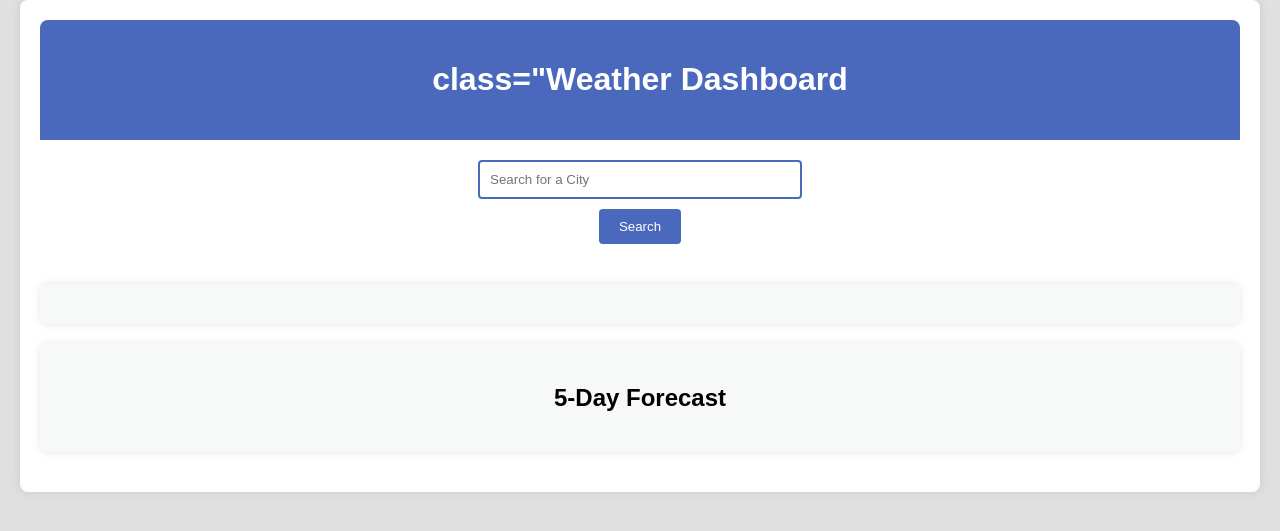
Repository: PaigeC001/WeatherOutlookTracker
Page: WeatherOutlookTracker/index.html
These files come from the project's save history. The page is drawn as it stood at one moment and after the next save; the edit follows.
The browser window is 1280 px wide. The pictures show the whole page.

Above is the page before, as saved 2024-07-16 04:38:17.

### WeatherOutlookTracker/index.html
<!DOCTYPE html>
<html lang="en">
<head>
    <meta charset="UTF-8">
    <meta name="viewport" content="width=device-width, initial-scale=1.0">
    <title>Weather Dashboard</title>
    <link rel="stylesheet" href="styles.css">
</head>
<body>
    <div class="container">
        <!-- Added header section -->
        <header>
            <h1>class="Weather Dashboard</h1>
        </header>
        <main>
            <section class="search-section">
                <input type="text" id="city-input" placeholder="Search for a City">
                <button id="search-button">Search</button>
                <div id="search-history" class="search-history"></div>
            </section>
            <!-- Used sections with IDs for current weather and forecast -->
            <section id="current-weather" class="current-weather"></section>
            <section id="forecast" class="forecast">
                <h2>5-Day Forecast</h2>
                <div id="forecast-items" class="forecast-items"></div>
            </section>
        </main>
    </div>
    <script src="script.js"></script>
</body>
</html>

### WeatherOutlookTracker/styles.css
body {
    font-family: Arial, sans-serif;
    background: #e0e0e0;
    margin: 0;
    padding: 0;
    box-sizing: border-box;
}

.container {
    max-width: 1200px;
    margin: 0 auto;
    padding: 20px;
    background: white;
    border-radius: 8px; /* Added border-radius */
    box-shadow: 0 0 10px rgba(0, 0, 0, 0.1);
}

.weather-dashboard-title {
    border: 2px solid #90caf9; /* Light blue border */
    padding: 10px; /* Adjust padding as needed */
    border-radius: 8px; /* Rounded corners, adjust radius as needed */
    display: inline-block; /* Ensures the border wraps tightly around the text */
    background-color: #e1f5fe; /* Light blue background */
    box-shadow: 0 0 10px rgba(0, 0, 0, 0.1); /* Optional: adds a subtle shadow */
}

header { /* Updated color scheme */
    text-align: center;
    background: #4a69bd;
    color: white;
    padding: 20px;
    border-radius: 8px 8px 0 0;
}

.search-section {
    display: flex;
    flex-direction: column;
    align-items: center;
    margin: 20px 0;
}

#city-input {
    width: 300px;
    padding: 10px;
    margin-bottom: 10px;
    border: 2px solid #4a69bd;
    border-radius: 4px; /* Added border-radius */
}

#search-button {
    padding: 10px 20px;
    background: #4a69bd;
    color: white;
    border: none;
    border-radius: 4px; /* Added border-radius */
    cursor: pointer;
}

#search-button:hover {
    background: #3b55a0;
}

.search-history {
    display: flex;
    flex-direction: column;
    align-items: center;
    margin-top: 20px;
}

.search-history button {
    width: 300px;
    padding: 10px;
    margin: 5px 0;
    background: #82ccdd;
    color: white;
    border: none;
    border-radius: 4px; /* Added border-radius */
    cursor: pointer;
}

.search-history button:hover {
    background: #60a3bc;
}

.current-weather, .forecast {
    margin: 20px 0;
    padding: 20px;
    background: #f7f9f9;
    border-radius: 8px; /* Added border-radius */
    box-shadow: 0 0 10px rgba(0, 0, 0, 0.1);
}

.current-weather h2 {
    margin: 0;
    padding-bottom: 10px;
    border-bottom: 2px solid #4a69bd;
}

.current-weather img {
    vertical-align: middle;
}

.forecast h2 {
    text-align: center;
    margin-bottom: 20px;
}

.forecast-items {
    display: flex;
    justify-content: space-between; /* Centered text and aligned forecast items in a flex container */
}

.forecast-item {
    flex: 1;
    padding: 10px;
    margin: 0 10px;
    background: #ffffff;
    border-radius: 8px; /* Added border-radius */
    text-align: center;
    box-shadow: 0 0 5px rgba(0, 0, 0, 0.1);
}

.forecast-item img {
    vertical-align: middle;
}

### WeatherOutlookTracker/script.js
const apiKey = 'fe4d8bc132a06db690ae7d80bd8988ae';
const searchButton = document.getElementById('search-button');
const cityInput = document.getElementById('city-input');
const currentWeather = document.getElementById('current-weather');
const forecastItems = document.getElementById('forecast-items');
const searchHistory = document.getElementById('search-history');

let cities = [];

searchButton.addEventListener('click', () => {
    const city = cityInput.value.trim();
    if (city && !cities.includes(city)) {
        cities.push(city);
        updateSearchHistory();
        getWeather(city);
    }
});

searchHistory.addEventListener('click', (event) => {
    if (event.target.tagName === 'BUTTON') {
        const city = event.target.textContent;
        getWeather(city);
    }
});

function updateSearchHistory() {
    searchHistory.innerHTML = '';
    cities.forEach(city => {
        const button = document.createElement('button');
        button.textContent = city;
        searchHistory.appendChild(button);
    });
}

function getWeather(city) {
    fetch(`https://api.openweathermap.org/data/2.5/weather?q=${city}&appid=${apiKey}&units=imperial`) /* Updated API call URLs to use imperial units for Fahrenheit */
        .then(response => response.json())
        .then(data => {
            displayCurrentWeather(data);
            return fetch(`https://api.openweathermap.org/data/2.5/forecast?q=${city}&appid=${apiKey}&units=imperial`); /* Updated API call URLs to use imperial units for Fahrenheit */
        })
        .then(response => response.json())
        .then(data => {
            displayForecast(data);
        })
        .catch(error => {
            console.error('Error fetching weather data:', error);
        });
}

function displayCurrentWeather(data) {
    const { name, dt, weather, main, wind } = data;
    currentWeather.innerHTML = `
        <h2>${name} (${new Date(dt * 1000).toLocaleDateString()}) <img src="https://openweathermap.org/img/wn/${weather[0].icon}.png" alt="${weather[0].description}"></h2> /* Enhanced the layout and structure of displayed weather data */
        <p>Temp: ${main.temp} °F</p>
        <p>Wind: ${wind.speed} MPH</p>
        <p>Humidity: ${main.humidity}%</p>
    `;
}

function displayForecast(data) {
    forecastItems.innerHTML = '';
    const forecastList = data.list.filter((_, index) => index % 8 === 0);
    forecastList.forEach(item => {
        const { dt, weather, main, wind } = item;
        const forecastItem = document.createElement('div');
        forecastItem.className = 'forecast-item';
        forecastItem.innerHTML = `
            <p>${new Date(dt * 1000).toLocaleDateString()}</p>
            <img src="https://openweathermap.org/img/wn/${weather[0].icon}.png" alt="${weather[0].description}"> /* Enhanced the layout and structure of displayed weather data */
            <p>Temp: ${main.temp} °F</p>
            <p>Wind: ${wind.speed} MPH</p>
            <p>Humidity: ${main.humidity}%</p>
        `;
        forecastItems.appendChild(forecastItem);
    });
}

After the next save:
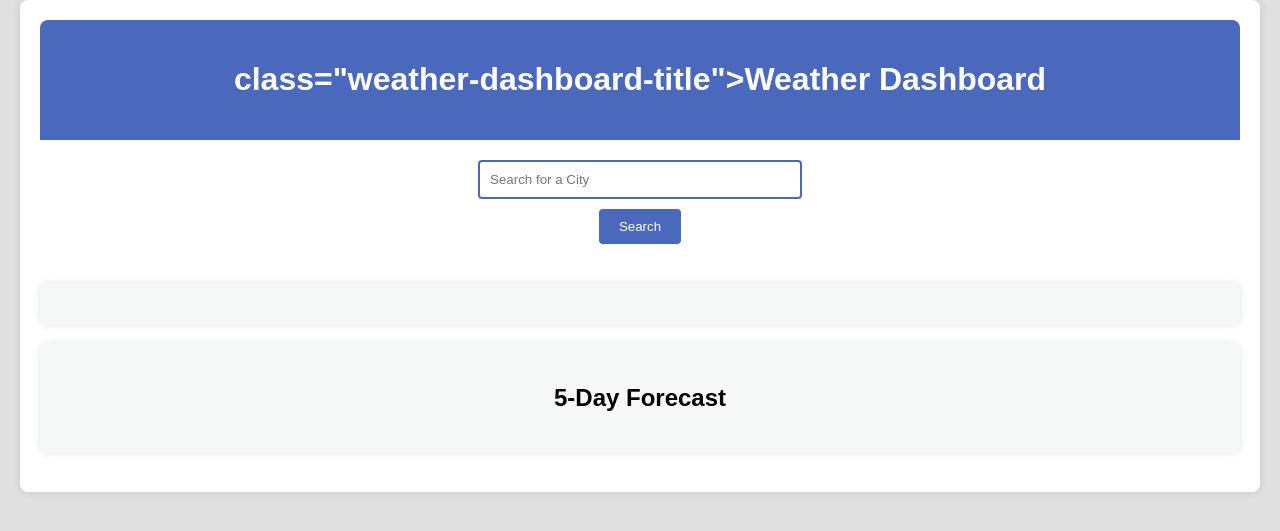
Saved 69 s later.
--- a/WeatherOutlookTracker/index.html
+++ b/WeatherOutlookTracker/index.html
@@ -10,7 +10,7 @@
     <div class="container">
         <!-- Added header section -->
         <header>
-            <h1>class="Weather Dashboard</h1>
+            <h1> class="weather-dashboard-title">Weather Dashboard</h1>
         </header>
         <main>
             <section class="search-section">
